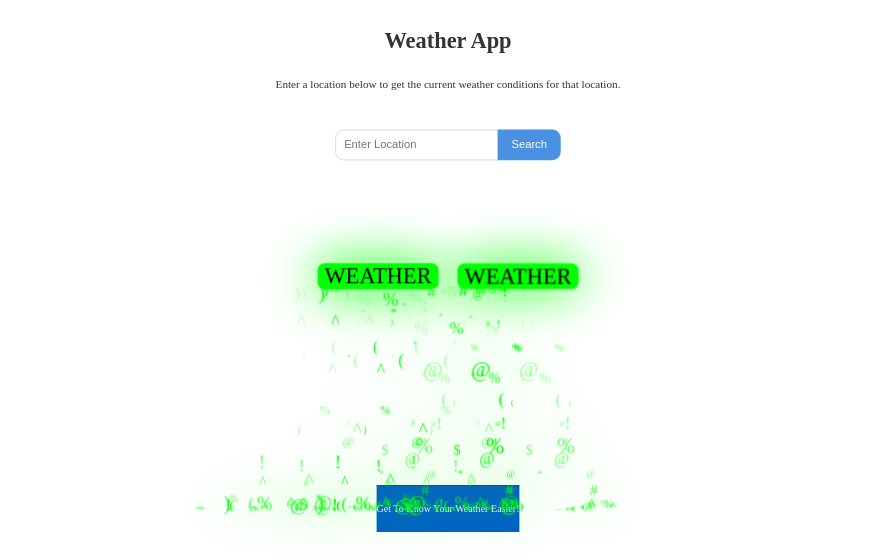
Repository: AlaaYou/Weather-App
Page: index.html
The author's editor kept a copy of each file at every save. The page is drawn from the files as they stood at one save, then again after the next save.
The browser window is 1280 px wide. The pictures show the part of the page from y = 0 to 1920 px (the page is 800 px tall before and 2708 px after), at 70% of full size.

Above is the page before, as saved 2024-10-20 23:52:41.

### index.html
<!DOCTYPE html>
<html lang="en">
  <head>
    <meta charset="UTF-8" />
    <meta name="viewport" content="width=device-width, initial-scale=1.0" />
    <link rel="stylesheet" href="styles.css" />
    <title>Weather App</title>
  </head>
  <body>
    <!-- Header -->
    <header>
      <h1>Weather App</h1><br>
      <p>
        Enter a location below to get the current weather conditions for that
        location.
      </p>
    </header>
    <!-- main content -->
    <main>
      <!-- search box -->
      <section class="search-box">
        <input type="text" id="location-input" placeholder="Enter Location" />

        <button id="search-button">Search</button>
      </section>
      <!-- errror /loading -->
      <div id="loading" style="display: none">Loading...</div>
      <div id="error" style="display: none">Error data Not Found</div>
      <!-- weather content -->
      <section
        class="weather-display"
        id="weather-display"
        style="display: none"
      >
        <div class="temp-display"><span id="temperature">--</span> °C</div>
        <div class="condition-display">
          <span id="condition">--</span>
        </div>

        <!-- condition info -->
        <div class="condition-info">
          <span id="wind-speed">Wind Speed: --</span>
          <span id="humidity">Humidity: --</span>
        </div>
      </section>
      <div class="container">
        <div class="cloud left-cloud">
          <h2>Weather</h2>
        </div>
        <div class="cloud right-cloud">
          <h2>Weather</h2>
        </div>
      </div>
    </main>
    <!-- footer -->
    <footer>
      <p>Get To Know Your Weather Easier!</p>
    </footer>
    <!-- js goes here -->
    <script src="script.js"></script>
  </body>
</html>

### styles.css
@import url('https://fonts.googleapis.com/css2?family=Poppins:ital,wght@0,100;0,200;0,300;0,400;0,500;0,600;0,700;0,800;0,900;1,100;1,200;1,300;1,400;1,500;1,600;1,700;1,800;1,900&display=swap');

:root {
  --clr: #0f0;
}

body,
h1 {
  margin: 0;
  padding: 0;
}

body {
  display: flex;
  flex-direction: column;
  min-height: 100vh;
  color: #333;
  justify-content: center;
  align-items: center;
  padding: 40px 0;
}

main {
  flex-grow: 1;
}

header {
  text-align: center;
  margin-bottom: 20px;
}

.search-box {
  display: flex;
  justify-content: center;
  align-items: center;
  margin: 20px 0;
}

input[type="text"] {
  padding: 12px;
  border: 1px solid #ccc;
  border-radius: 12px 0 0 12px;
  font-size: 1em;
  width: auto;
  margin-right: -1px;
}

button {
  background-color: #4a90e3;
  color: #fff;
  border: none;
  border-radius: 0 12px 12px 0;
  padding: 13px 20px;
  cursor: pointer;
  font-size: 1em;
  transition: background-color 0.3s ease;
}

button:hover {
  background-color: #035dcb;
}

/* Weather content */
.weather-display {
  text-align: center;
  padding: 20px;
}

.temp-display,
.condition-display {
  font-size: 2.5em;
  margin-bottom: 10px;
}

.condition-info span {
  margin-right: 15px;
  font-size: 1.2em;
}

#loading,
#error {
  text-align: center;
  font-size: 1.2em;
  margin-top: 20px;
}

#loading {
  color: #4a90e3;
}

#error {
  color: red;
}

footer {
  text-align: center;
  background-color: #035dcb;
  color: #fff;
  padding: 10px 0;
  border-top: 1px solid #333;
  font-size: 0.9em;
}

.container {
  position: relative;
  top: 100px;
  height: 400px;
  width: 100%;
  display: flex;
  justify-content: space-between; /* Aligns children to the sides */
  animation: animateColor 5s linear infinite;
}

.container .cloud {
  position: relative;
  width: 200px; /* Adjusted width to fit better */
  z-index: 100;
  filter: drop-shadow(0 0 35px var(--clr));
}

.container .cloud h2 {
  position: absolute;
  left: 50%;
  transform: translateX(-50%);
  white-space: nowrap;
  color: #000;
  font-size: 2em;
  z-index: 1000;
  font-weight: 400;
  padding: 0 10px;
  border-radius: 10px;
  text-transform: uppercase;
  background: var(--clr);
}

.left-cloud {
  margin-left: 20px; /* Adjust for spacing */
}

.right-cloud {
  margin-right: 20px; /* Adjust for spacing */
}

@keyframes animateColor {
  0% {
    filter: hue-rotate(0deg);
  }
  100% {
    filter: hue-rotate(360deg);
  }
}

.cloud .drop {
  position: absolute;
  top: 60px;
  height: 20px;
  line-height: 20px;
  color: var(--clr);
  transform-origin: bottom;
  animation: animate 2s linear infinite;
}

@keyframes animate {
  0% {
    transform: translateY(0) scaleY(0);
    transform-origin: top;
  }
  10% {
    transform: translateY(0) scaleY(0.25);
    transform-origin: top;
  }
  20% {
    transform: translateY(0) scaleY(1);
  }
  70% {
    transform: translateY(300px) scaleY(1);
    transform-origin: bottom;
  }
  80% {
    transform: translateY(300px) scaleY(1);
    transform-origin: bottom;
  }
  100% {
    transform: translateY(300px) scaleY(0);
    transform-origin: bottom;
    text-shadow: -180px 0 0 var(--clr), 180px 0 var(--clr);
  }
}

### script.js
async function fetchWeather(location) {
    //api
    const apiKey = "094b545dde613af5667ba10639a224f8";
    const url = `http://api.openweathermap.org/data/2.5/weather?q=${location}&appid=${apiKey}&units=metric`;
    const response = await fetch(url);

    if (response.ok) {
      const data = await response.json();
      return data;
    } else {
      throw new Error("Failed to fetch weather data");
    }
  }
  //Display the weather
  function dispplayWeather(data) {
    console.log(data);
    //select the  DOM
    const weatherDisplay = document.getElementById("weather-display");
    const temperature = document.getElementById("temperature");
    const condition = document.getElementById("condition");
    const windSpeed = document.getElementById("wind-speed");
    const humidity = document.getElementById("humidity");

    temperature.textContent = data.main.temp;
    condition.textContent = data.weather[0].main;
    windSpeed.textContent = `Wind Speed: ${data.wind.speed}m/s`;
    humidity.textContent = `Humidity: ${data.main.humidity}%`;
    weatherDisplay.style.display = "block";
  }

  function toggleElementVisibility(id, show) {
    const element = document.getElementById(id);
    element.style.display = show ? "block" : "none";
  }

  //DOM content Loaded
  document.addEventListener("DOMContentLoaded", () => {
    const searchButton = document.getElementById("search-button");
    const locationInput = document.getElementById("location-input");
    searchButton.addEventListener("click", async () => {
      toggleElementVisibility("loading", true); //Show loading
      toggleElementVisibility("error", false);

      //get data
      const location = locationInput.value;

      try {
        const weatherData = await fetchWeather(location);
        toggleElementVisibility("loading", false);
        dispplayWeather(weatherData);
        console.log(weatherData);
      } catch (error) {
        toggleElementVisibility("error", true);
        toggleElementVisibility("loading", false);
      }
    });
  });

  function randomText(){
    var text = ("!@#$%^*()")
    letters =text[Math.floor(Math.random() * text.length)];
    return letters;
}

function rain() {
    let cloud = document.querySelector('.cloud');
    let e = document.createElement('div');
    e.classList.add('drop');
    cloud.appendChild(e);

    let left = Math.floor(Math.random() * 300)
    let size = Math.random() * 1.5;
    let duration = Math.random() *1;

    e.innerText = randomText();
    e.style.left = left + 'px';
    e.style.fontSize = 0.5+size +'em';
    e.style.animationDuration = 1+duration+'s';

      setTimeout(function(){
      cloud.removeChild(e)
      },2000)
}

setInterval(function(){
    rain()
},20);

After the next save:
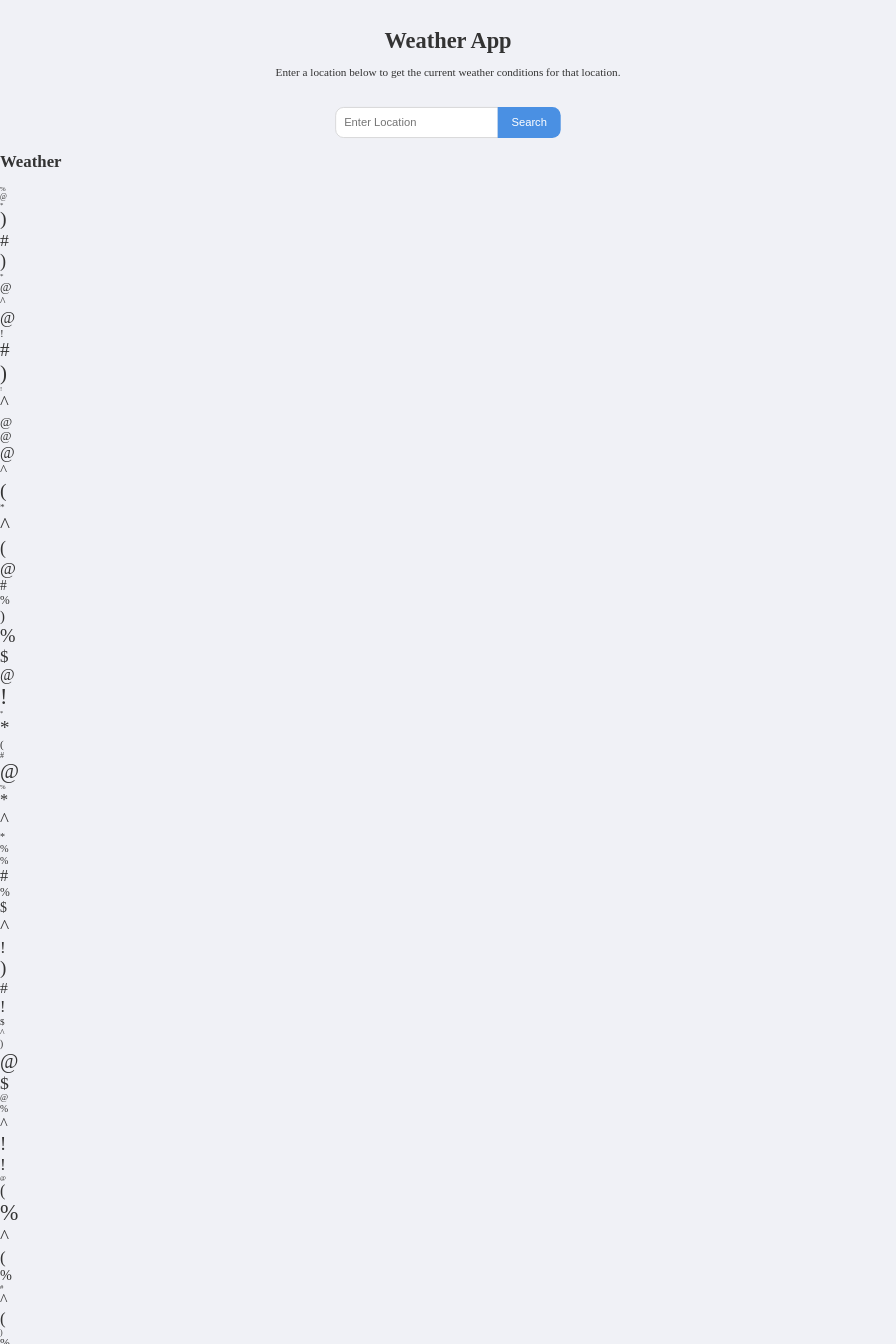
Saved 40 s later.
--- a/styles.css
+++ b/styles.css
@@ -1,11 +1,7 @@
-@import url('https://fonts.googleapis.com/css2?family=Poppins:ital,wght@0,100;0,200;0,300;0,400;0,500;0,600;0,700;0,800;0,900;1,100;1,200;1,300;1,400;1,500;1,600;1,700;1,800;1,900&display=swap');
-
-:root {
-  --clr: #0f0;
-}
-
+/* Reset some default browser styles */
 body,
-h1 {
+h1,
+p {
   margin: 0;
   padding: 0;
 }
@@ -13,11 +9,10 @@ h1 {
 body {
   display: flex;
   flex-direction: column;
-  min-height: 100vh;
+  min-height: 90vh;
+  background-color: #f0f1f6;
+  padding: 40px 0;
   color: #333;
-  justify-content: center;
-  align-items: center;
-  padding: 40px 0;
 }
 
 main {
@@ -44,10 +39,9 @@ input[type="text"] {
   width: auto;
   margin-right: -1px;
 }
-
 button {
   background-color: #4a90e3;
-  color: #fff;
+  color: #ffff;
   border: none;
   border-radius: 0 12px 12px 0;
   padding: 13px 20px;
@@ -83,106 +77,17 @@ button:hover {
   font-size: 1.2em;
   margin-top: 20px;
 }
-
 #loading {
   color: #4a90e3;
 }
-
 #error {
   color: red;
 }
-
 footer {
   text-align: center;
   background-color: #035dcb;
-  color: #fff;
-  padding: 10px 0;
+  color: #ffff;
+  padding: 12px 0;
   border-top: 1px solid #333;
   font-size: 0.9em;
 }
-
-.container {
-  position: relative;
-  top: 100px;
-  height: 400px;
-  width: 100%;
-  display: flex;
-  justify-content: space-between; /* Aligns children to the sides */
-  animation: animateColor 5s linear infinite;
-}
-
-.container .cloud {
-  position: relative;
-  width: 200px; /* Adjusted width to fit better */
-  z-index: 100;
-  filter: drop-shadow(0 0 35px var(--clr));
-}
-
-.container .cloud h2 {
-  position: absolute;
-  left: 50%;
-  transform: translateX(-50%);
-  white-space: nowrap;
-  color: #000;
-  font-size: 2em;
-  z-index: 1000;
-  font-weight: 400;
-  padding: 0 10px;
-  border-radius: 10px;
-  text-transform: uppercase;
-  background: var(--clr);
-}
-
-.left-cloud {
-  margin-left: 20px; /* Adjust for spacing */
-}
-
-.right-cloud {
-  margin-right: 20px; /* Adjust for spacing */
-}
-
-@keyframes animateColor {
-  0% {
-    filter: hue-rotate(0deg);
-  }
-  100% {
-    filter: hue-rotate(360deg);
-  }
-}
-
-.cloud .drop {
-  position: absolute;
-  top: 60px;
-  height: 20px;
-  line-height: 20px;
-  color: var(--clr);
-  transform-origin: bottom;
-  animation: animate 2s linear infinite;
-}
-
-@keyframes animate {
-  0% {
-    transform: translateY(0) scaleY(0);
-    transform-origin: top;
-  }
-  10% {
-    transform: translateY(0) scaleY(0.25);
-    transform-origin: top;
-  }
-  20% {
-    transform: translateY(0) scaleY(1);
-  }
-  70% {
-    transform: translateY(300px) scaleY(1);
-    transform-origin: bottom;
-  }
-  80% {
-    transform: translateY(300px) scaleY(1);
-    transform-origin: bottom;
-  }
-  100% {
-    transform: translateY(300px) scaleY(0);
-    transform-origin: bottom;
-    text-shadow: -180px 0 0 var(--clr), 180px 0 var(--clr);
-  }
-}
